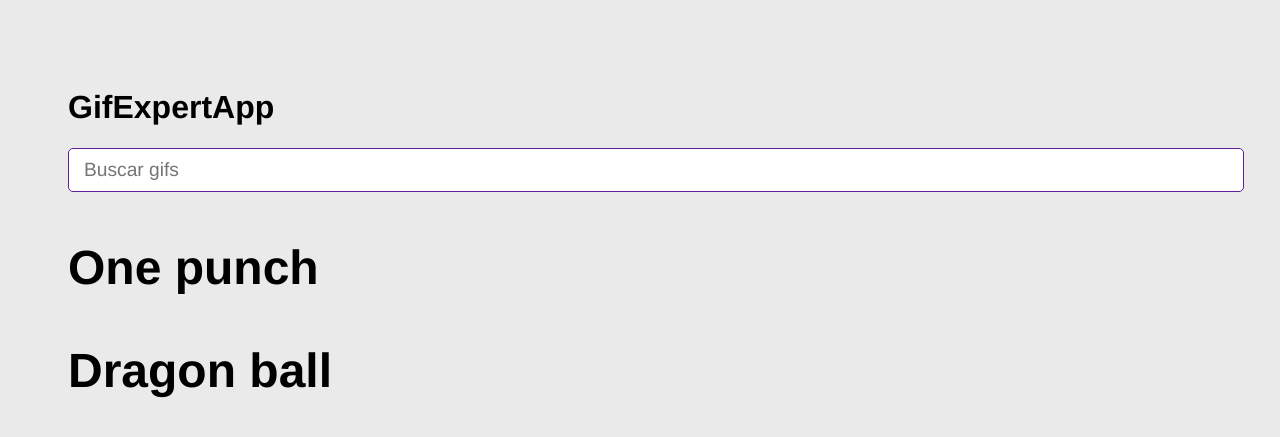
Repository: mmg0206/react-gif-expert
Page: /
The author's editor kept a copy of each file at every save. The page is drawn from the files as they stood at one save, then again after the next save.
The browser window is 1280 px wide. The pictures show the whole page.
The page's requests for data from a server got no answer. The project was rebuilt for these pictures with package versions that can differ from the ones it lists, and the page was loaded fresh each time. No one was signed in, and anything a server would have sent is missing. Also part of the build but not shown: vite.config.js.

Above is the page before, as saved 2024-04-15 22:13:38.

After the next save:
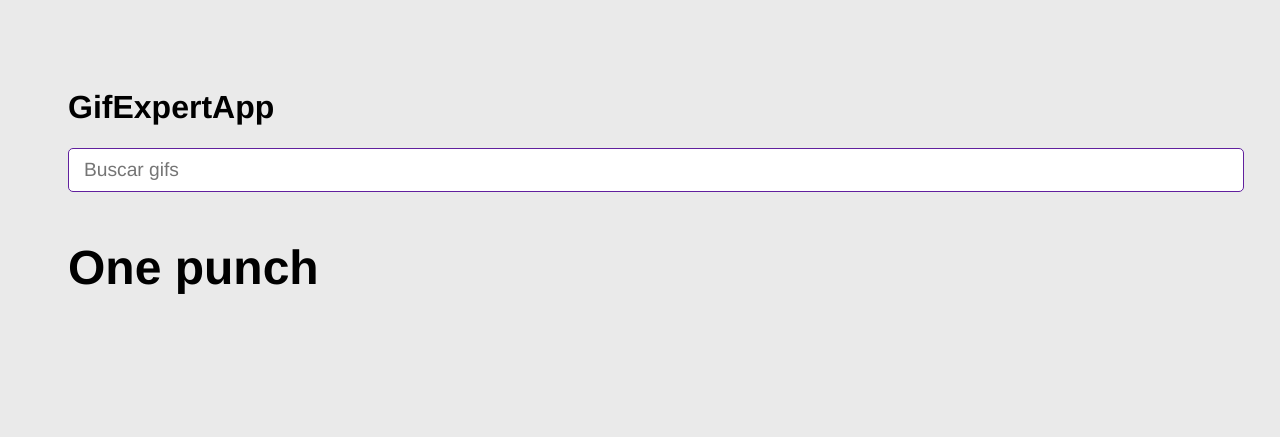
Saved 3 min 53 s later.
--- a/src/GifExpertApp.jsx
+++ b/src/GifExpertApp.jsx
@@ -4,7 +4,7 @@ import GifGrid from "./components/GifGrid";
 
 export const GifExpertApp = () => {
   // const apiKey ='Ls33XwmjLip5m9fo9lFfzjgpz7a8Isa8';
-  const [categories, setCategories] = useState(['One punch', 'Dragon ball']);
+  const [categories, setCategories] = useState(['One punch']);
 
   const onAddCategory = (newValue)=>{
     if(categories.includes(newValue)) return;
